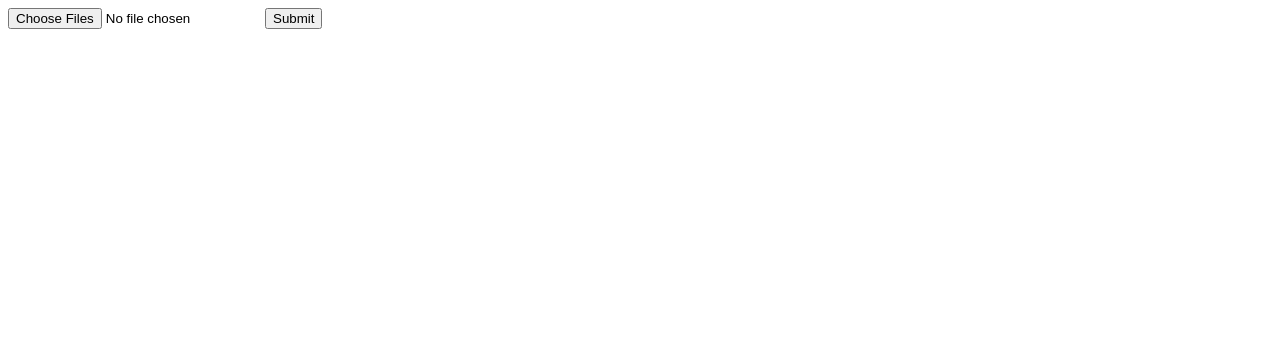
Repository: aishwaryan14/JavaProject
Page: http://localhost/StudentBuddy/
These files come from the project's save history. The page is drawn as it stood at one moment and after the next save; the edit follows.
The browser window is 1280 px wide. The pictures show the whole page.
The page is served by Tomcat 9.

Above is the page before, as saved 2020-04-20 20:38:13.

After the next save:
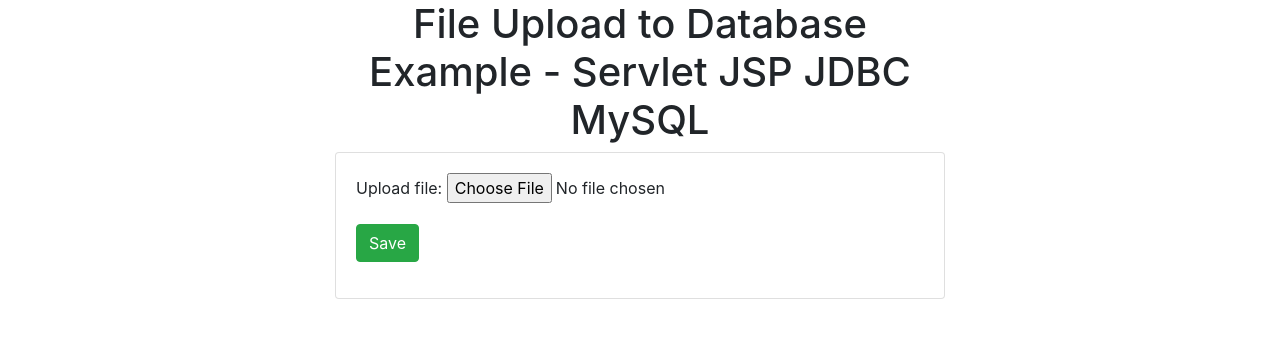
Saved 3 days later.
--- a/servlet/StudentBuddy/WebContent/index.jsp
+++ b/servlet/StudentBuddy/WebContent/index.jsp
@@ -1,16 +1,33 @@
 <%@ page language="java" contentType="text/html; charset=ISO-8859-1"
-    pageEncoding="ISO-8859-1"%>
-<!DOCTYPE html>
+ pageEncoding="ISO-8859-1"%>
+<!DOCTYPE html PUBLIC "-//W3C//DTD HTML 4.01 Transitional//EN"
+    "http://www.w3.org/TR/html4/loose.dtd">
 <html>
 <head>
-<meta charset="ISO-8859-1">
-<title>Insert title here</title>
+<meta http-equiv="Content-Type" content="text/html; charset=ISO-8859-1">
+<title>File Upload Servlet JSP JDBC MySQL Example</title>
+<link
+ href="https://stackpath.bootstrapcdn.com/bootstrap/4.3.1/css/bootstrap.min.css"
+ rel="stylesheet"
+ integrity="sha384-ggOyR0iXCbMQv3Xipma34MD+dH/1fQ784/j6cY/iJTQUOhcWr7x9JvoRxT2MZw1T"
+ crossorigin="anonymous">
 </head>
 <body>
-<form action="Fileupload" method = "post" enctype="multipart/form-data">
 
-<input type="file" name="file" multiple/>
-<input type="submit">
-</form>
+ <div class="container col-lg-6">
+  <h1 class="text-center">File Upload to Database Example - Servlet JSP JDBC MySQL </h1>
+  <div class="card">
+   <div class="card-body">
+    <form method="get" class="form-group" action="Fileupload"
+     enctype="multipart/form-data">
+     <div class="form-group">
+      <label for="uploaded file">Upload file:</label> <input
+       type="file" name="file" size="50" />
+     </div>
+     <input type="submit" value="Save" class="btn btn-success">
+    </form>
+   </div>
+  </div>
+ </div>
 </body>
 </html>
